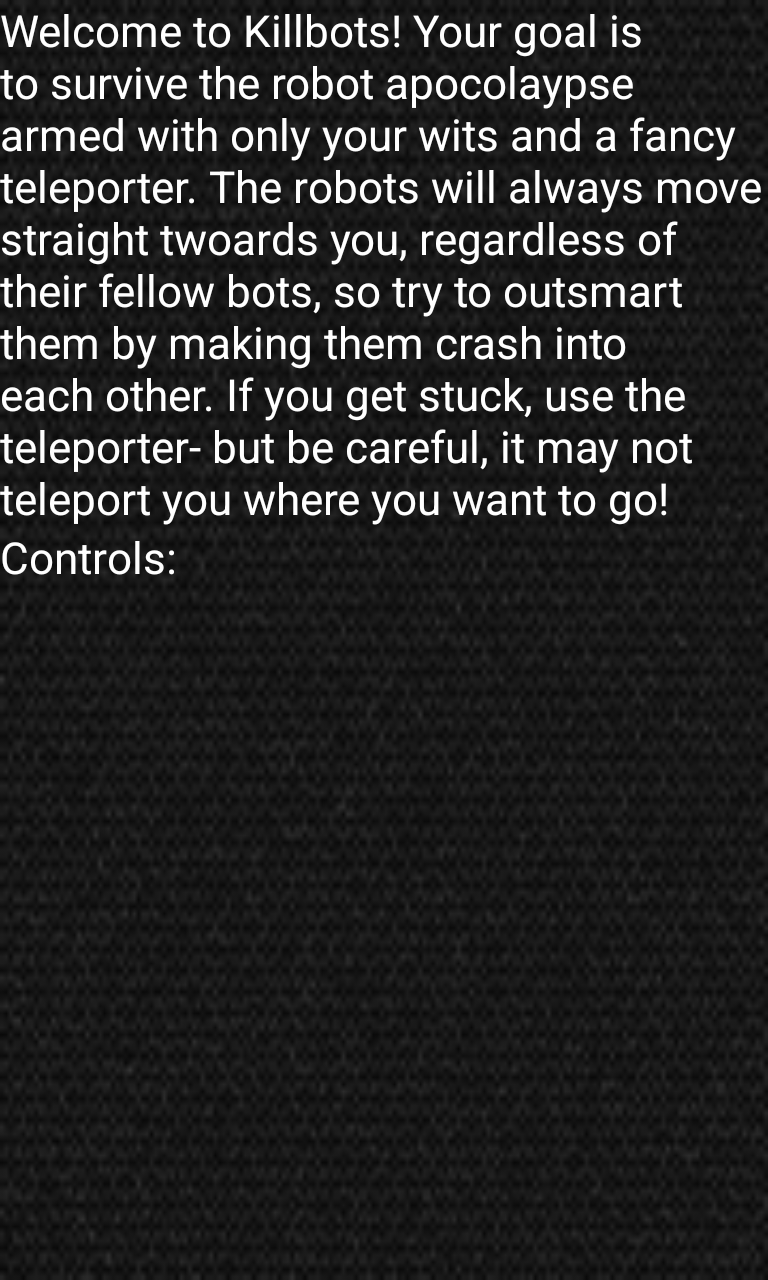
Repository: Tacohen/Killbots
Layout: Killbots/res/layout/how_to_play.xml
An editor plug-in stored every save of this project. The layout is shown before and after the next save, followed by the edit.
It is drawn on a 768 x 1280 px phone screen (xhdpi) without system bars, with theme AppTheme; the app's code is not run.

Above is the layout before, as saved 2013-12-09 01:42:44.

### Killbots/res/layout/how_to_play.xml
<?xml version="1.0" encoding="utf-8"?>
<LinearLayout xmlns:android="http://schemas.android.com/apk/res/android"
    android:layout_width="match_parent"
    android:layout_height="match_parent"
    android:background="@drawable/binding_dark"
    android:orientation="vertical" >

    <TextView
        android:id="@+id/overviewText"
        android:layout_width="wrap_content"
        android:layout_height="wrap_content"
        android:textColor="#FFFFFF"
        android:text="Welcome to Killbots! Your goal is to survive the robot apocolaypse armed with only your wits and a fancy teleporter. The robots will always move straight twoards you, regardless of their fellow bots, so try to outsmart them by making them crash into each other. If you get stuck, use the teleporter- but be careful, it may not teleport you where you want to go!"
        android:textAppearance="?android:attr/textAppearanceLarge" />

    <TextView
        android:id="@+id/controlsText"
        android:layout_width="wrap_content"
        android:layout_height="wrap_content"
        android:textColor="#FFFFFF"
        android:text="Controls:"
        android:textAppearance="?android:attr/textAppearanceLarge" />

</LinearLayout>

Loaded but not shown: Killbots/res/values/styles.xml (common file); Killbots/res/values-v11/styles.xml (common file); Killbots/res/values-v14/styles.xml (common file)

After the next save:
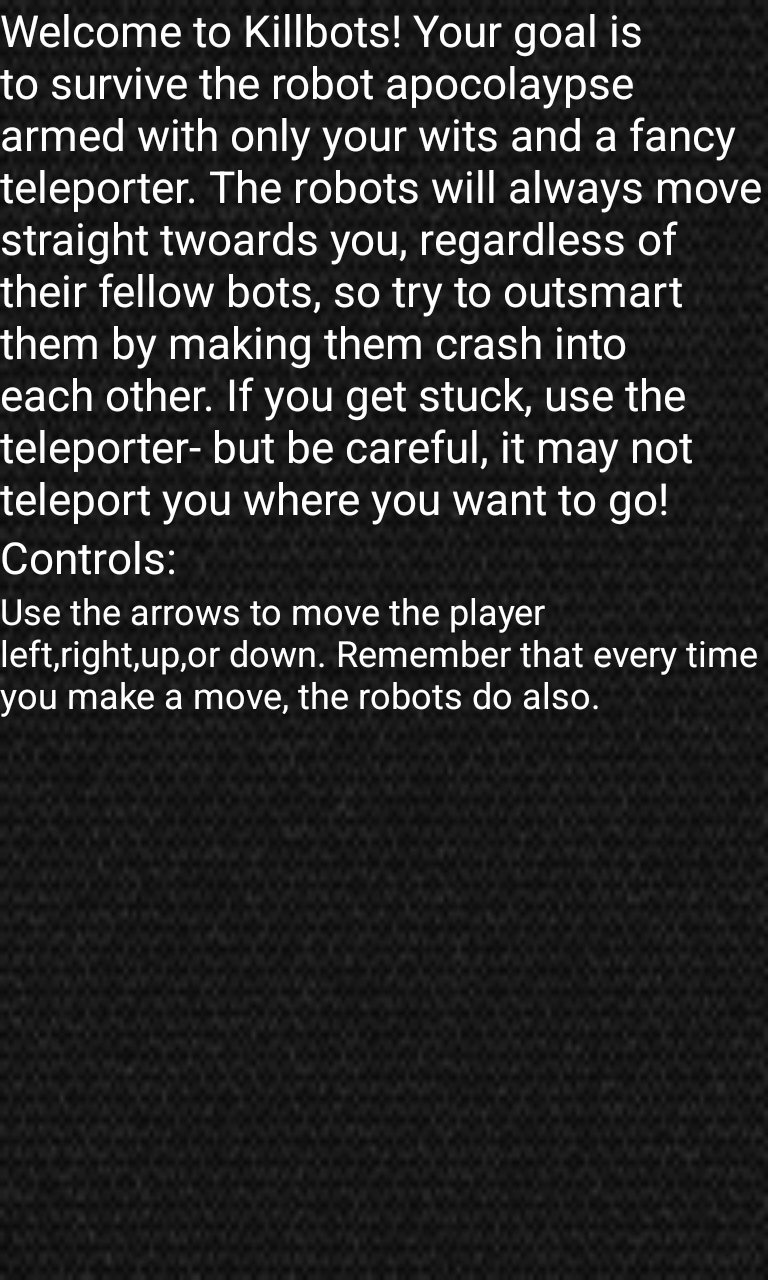
Saved 8 min 45 s later.
--- a/Killbots/res/layout/how_to_play.xml
+++ b/Killbots/res/layout/how_to_play.xml
@@ -21,4 +21,12 @@
         android:text="Controls:"
         android:textAppearance="?android:attr/textAppearanceLarge" />
 
+    <TextView
+        android:id="@+id/arrowsText"
+        android:layout_width="wrap_content"
+        android:layout_height="wrap_content"
+        android:textColor="#FFFFFF"
+        android:text="Use the arrows to move the player left,right,up,or down. Remember that every time you make a move, the robots do also."
+        android:textAppearance="?android:attr/textAppearanceMedium" />
+
 </LinearLayout>
